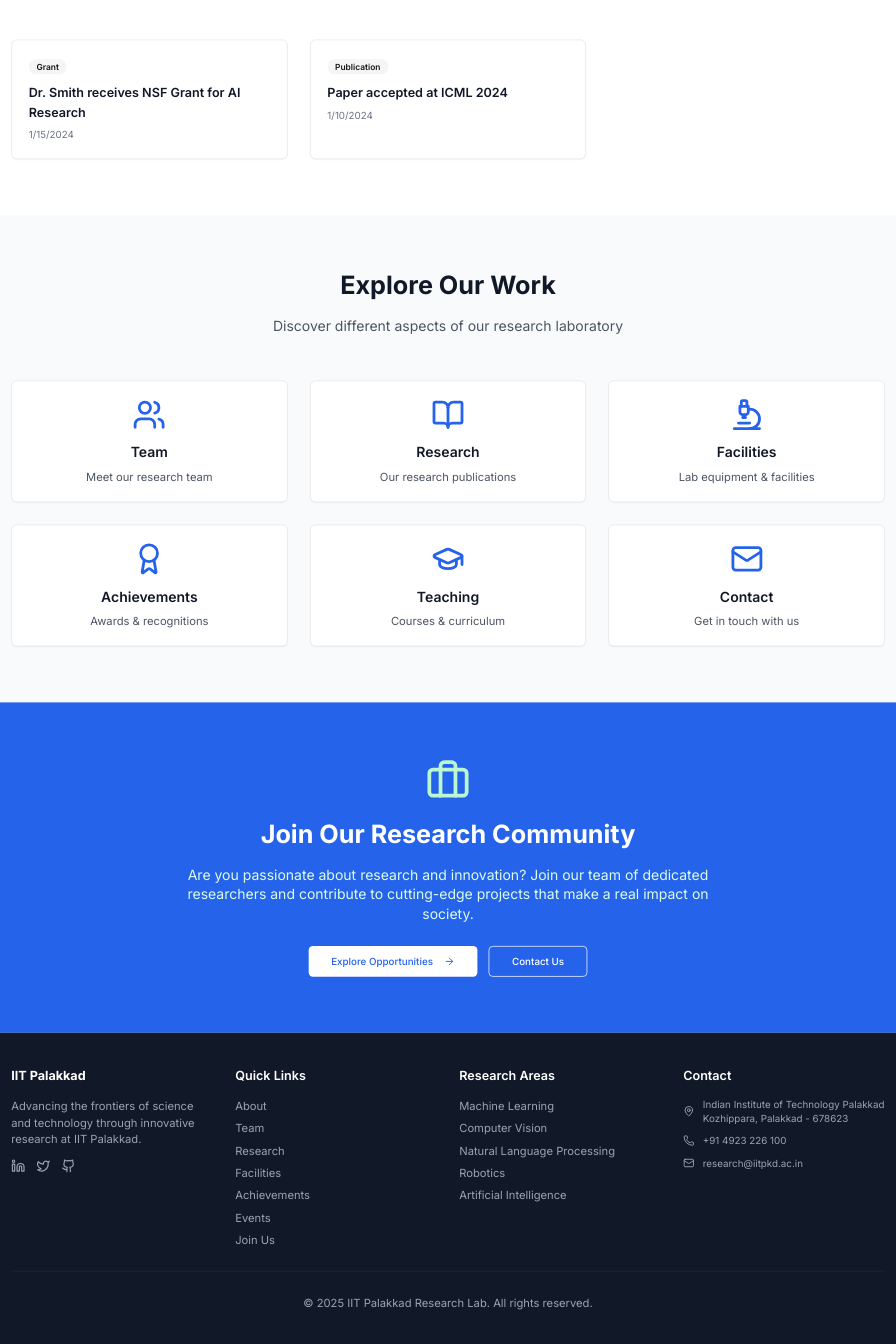
Repository: Gopikrish-30/iit-palakkad-arise
Page: /
An editor plug-in stored every save of this project. The page is shown before and after the next save, followed by the edit.
The browser window is 1280 px wide. The pictures show the part of the page from y = 3999 to 5919 px (the page is 5919 px tall), at 70% of full size.
The project was rebuilt for these pictures with package versions that can differ from the ones it lists, and the page was loaded fresh each time. The framework's server and built-in components were replaced by stand-ins that run in the browser. Also part of the build but not shown: next.config.mjs.

Above is the page before, as saved 2025-06-21 16:32:26.

After the next save:
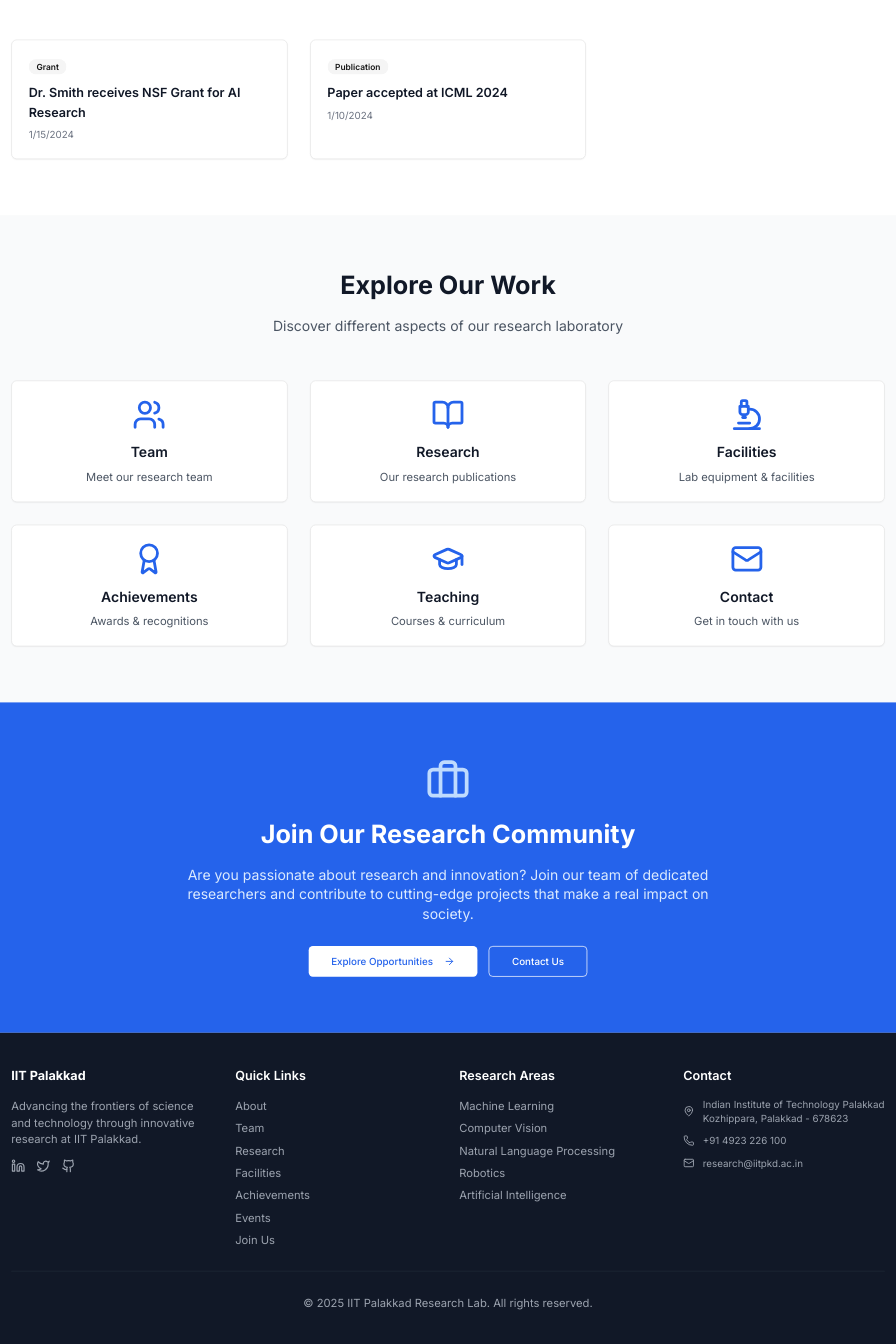
Saved 14 s later.
--- a/app/page.tsx
+++ b/app/page.tsx
@@ -575,9 +575,9 @@ Using advanced tools such as GIS, AI/ML, hydrologic models, and the WRF weather
             animate={isOpeningsInView ? { opacity: 1, y: 0 } : {}}
             transition={{ duration: 0.8 }}
           >
-            <Briefcase className="h-16 w-16 mx-auto mb-6 text-green-200" />
+            <Briefcase className="h-16 w-16 mx-auto mb-6 text-blue-200" />
             <h2 className="text-4xl font-bold mb-6">Join Our Research Community</h2>
-            <p className="text-xl text-green-100 mb-8 max-w-3xl mx-auto">
+            <p className="text-xl text-blue-100 mb-8 max-w-3xl mx-auto">
               Are you passionate about research and innovation? Join our team of dedicated researchers
               and contribute to cutting-edge projects that make a real impact on society.
             </p>
